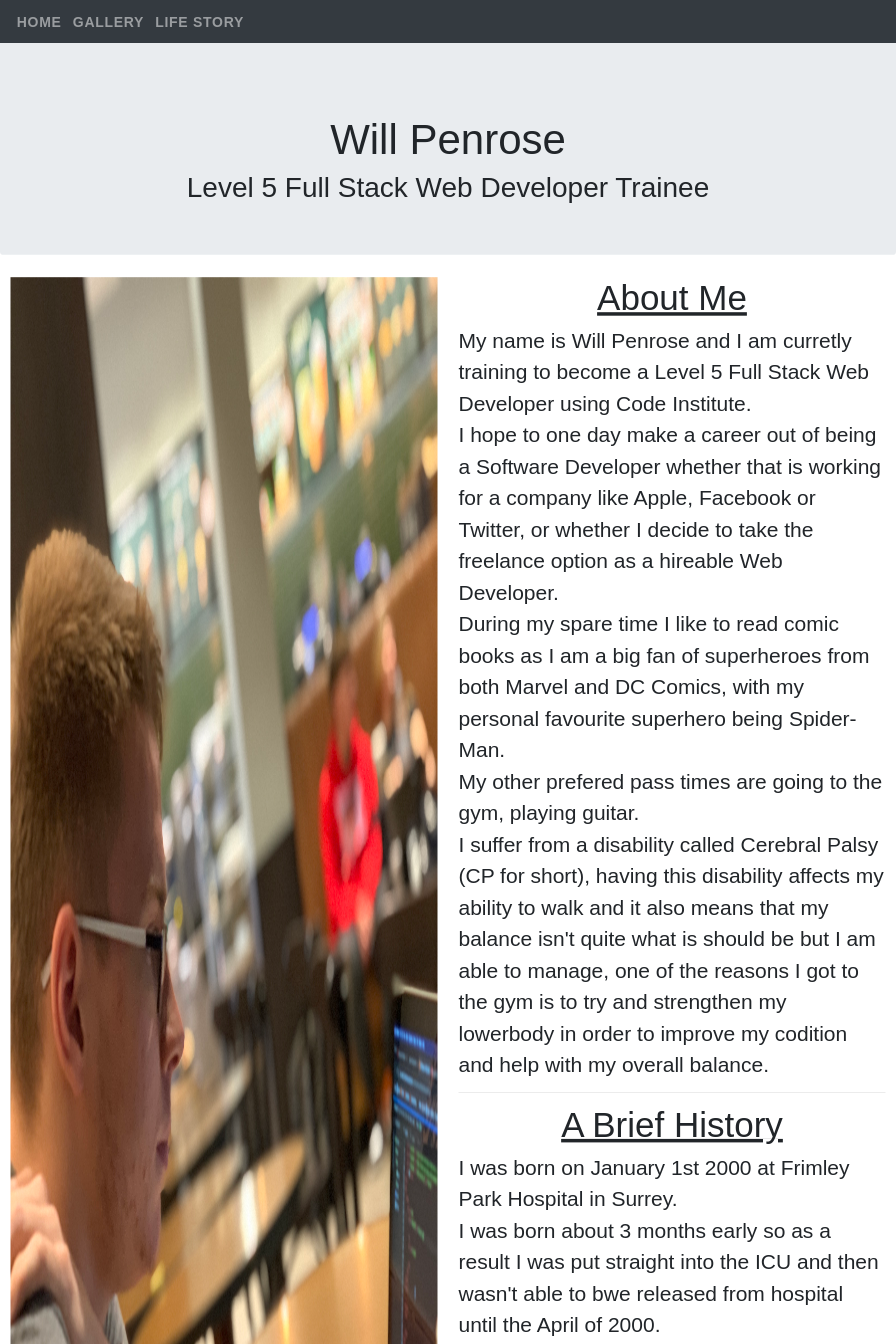
Repository: Code-Institute-Submissions/user-centric-frontend-dev-milestone-project
Page: index.html
The author's editor kept a record of every edit. The page is drawn from the files as they stood at one moment, then again after the next edit.
The browser window is 1280 px wide. The pictures show the part of the page from y = 0 to 1920 px (the page is 3505 px tall), at 70% of full size.
Some web fonts or font styles are not loaded; a fallback is used.

Above is the page before.

After the next edit:
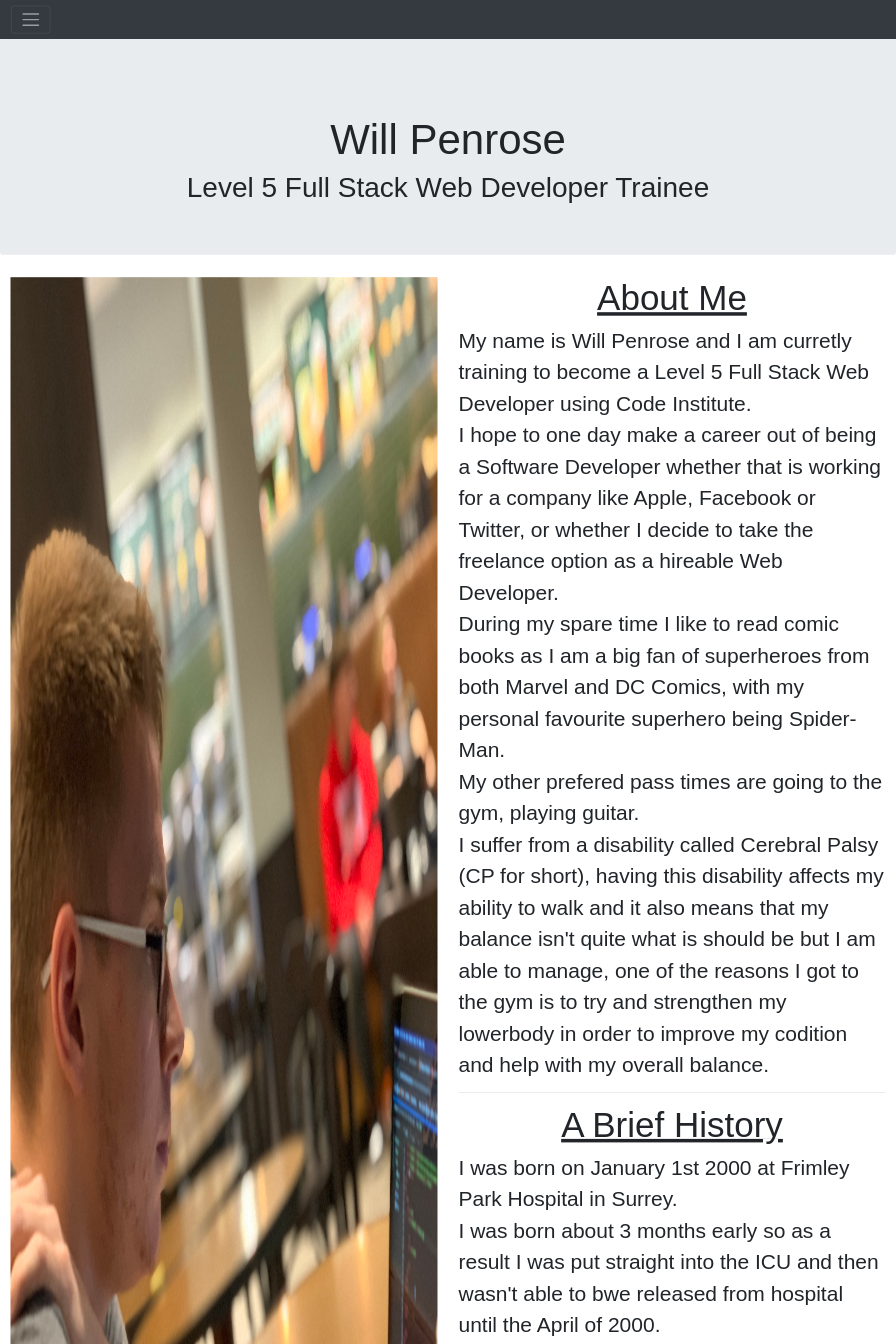
The edit:
--- a/index.html
+++ b/index.html
@@ -15,7 +15,7 @@
     <header>
         <!--------------------------------------NAVBAR----------------------------->
 
-        <nav class="navbar navbar-expand-sm navbar-dark bg-dark fixed-top text-uppercase">
+        <nav class="navbar <navbar-expand-md navbar-dark bg-dark fixed-top text-uppercase">
             <button class="navbar-toggler" data-toggle="collapse" data-target="#collapse_target">
                 <span class="navbar-toggler-icon"></span>
             </button>
